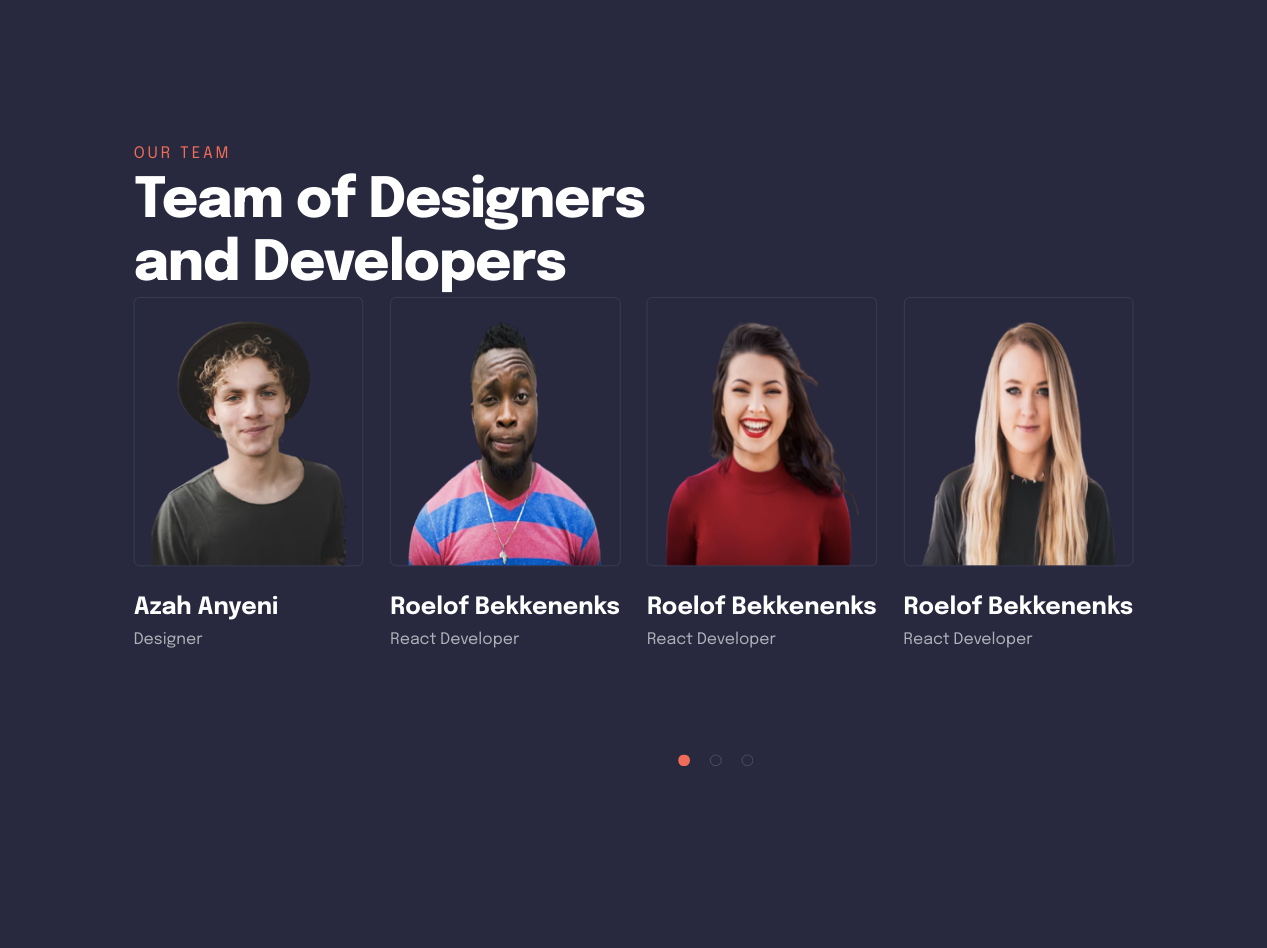
Repository: HeybetzadeQedim/task-6
Page: TEAM/index.html
An editor plug-in stored every save of this project. The page is shown before and after the next save, followed by the edit.
The browser window is 1280 px wide. The pictures show the whole page, at 99% of full size.

Above is the page before, as saved 2023-10-30 16:20:16.

After the next save:
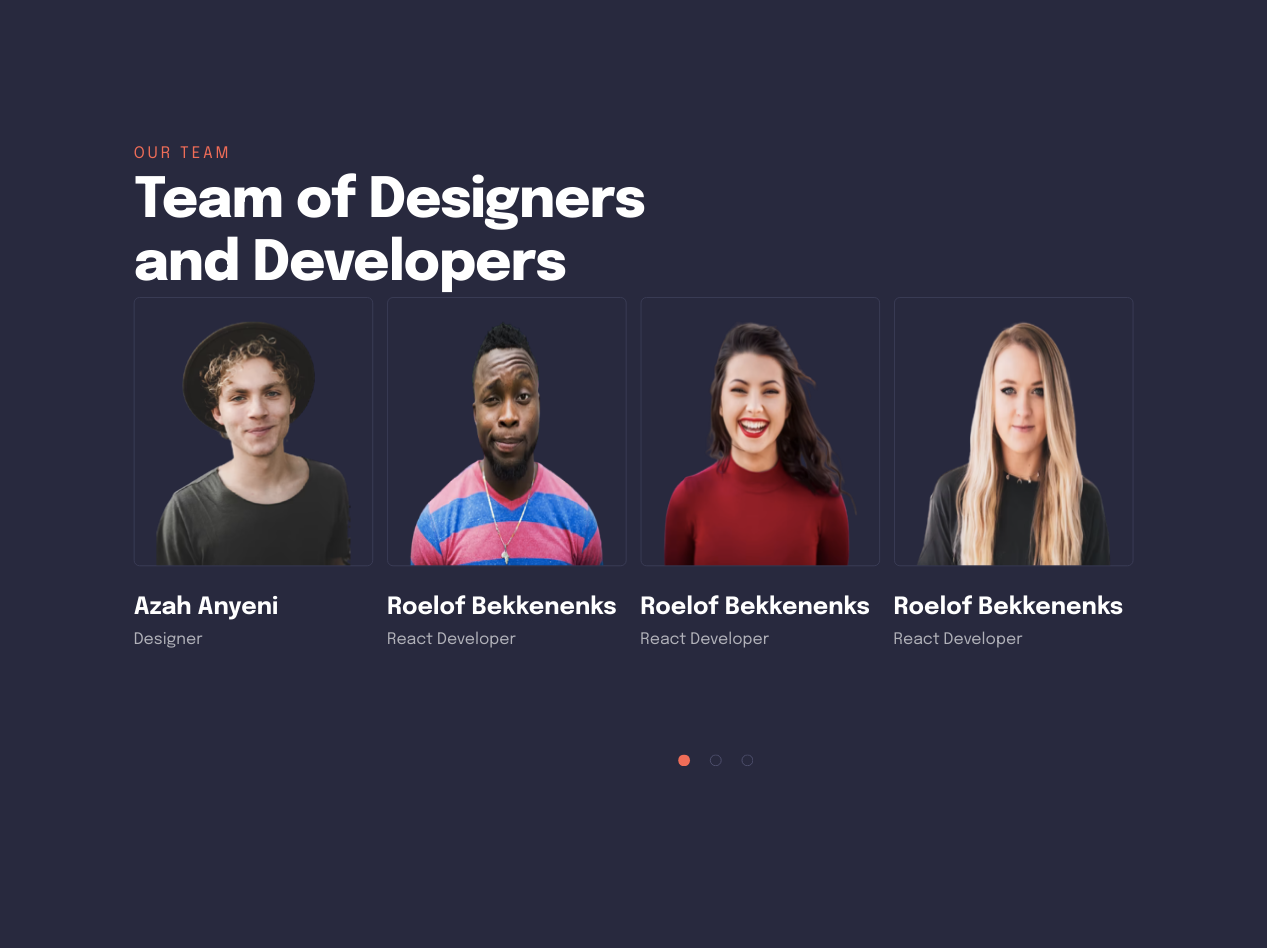
Saved 31 s later.
--- a/TEAM/index.css
+++ b/TEAM/index.css
@@ -49,7 +49,7 @@
   height: 247px;
 } */
 .box-1{
-  width: 23%;
+  width: 24%;
 }
 .box-1 h4 {
   margin-top: 26px;
